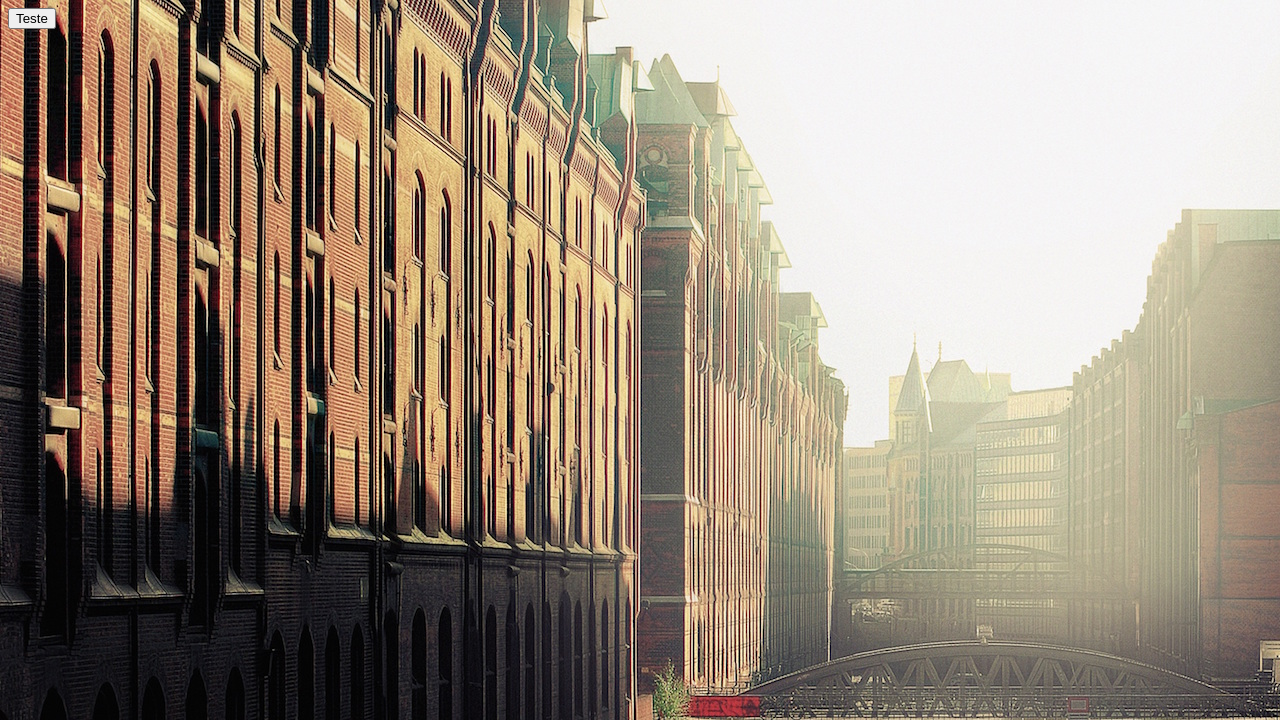
Repository: TrellixVulnTeam/fundamentos-webpack_A525
Page: /
The author's editor kept a copy of each file at every save. The page is drawn from the files as they stood at one save, then again after the next save.
The browser window is 1280 px wide. The pictures show the whole page.
The project was rebuilt for these pictures with package versions that can differ from the ones it lists, and the page was loaded fresh each time. Also part of the build but not shown: webpack.config.js. Imported but missing from the stored project, and not drawn on this page: src/assets/index.

Above is the page before, as saved 2022-03-21 14:21:04.

### public/index.html
<!DOCTYPE html>
<html lang="pt-br">
<head>
    <meta charset="UTF-8">
    <meta http-equiv="X-UA-Compatible" content="IE=edge">
    <meta name="viewport" content="width=device-width, initial-scale=1.0">
    <title>Capítulo Webpack</title>
    <link rel="stylesheet" href="estilo.css">
</head>
<body>
    <button class="botao">Teste</button>
    <script src="principal.js"></script>
</body>
</html>

### src/principal.js
import Pessoa from "./pessoa"
import "./modulos/moduloA"
import "./assets/css/estilo.css"
import "./assets/index"

const atendente = new Pessoa
console.log(atendente.cumprimentar())

### src/pessoa.js
export default class Pessoa{
    cumprimentar(){
        return "Bom dia"
    }
}

### src/modulos/moduloA.js
const moduleB = require("./moduloB")
console.log(moduleB.saudacao())

### src/assets/css/estilo.css
body{
    background-color: #444;
    background-image: url(../images/background.jpg);
}

### src/modulos/moduloB.js
module.exports = {
    saudacao(){
        return "Olá, eu sou o módulo B!"
    }
}

### public/estilo.css
body {
  background-color: red;
}

### public/principal.js
/******/ (function(modules) { // webpackBootstrap
/******/ 	// The module cache
/******/ 	var installedModules = {};
/******/
/******/ 	// The require function
/******/ 	function __webpack_require__(moduleId) {
/******/
/******/ 		// Check if module is in cache
/******/ 		if(installedModules[moduleId]) {
/******/ 			return installedModules[moduleId].exports;
/******/ 		}
/******/ 		// Create a new module (and put it into the cache)
/******/ 		var module = installedModules[moduleId] = {
/******/ 			i: moduleId,
/******/ 			l: false,
/******/ 			exports: {}
/******/ 		};
/******/
/******/ 		// Execute the module function
/******/ 		modules[moduleId].call(module.exports, module, module.exports, __webpack_require__);
/******/
/******/ 		// Flag the module as loaded
/******/ 		module.l = true;
/******/
/******/ 		// Return the exports of the module
/******/ 		return module.exports;
/******/ 	}
/******/
/******/
/******/ 	// expose the modules object (__webpack_modules__)
/******/ 	__webpack_require__.m = modules;
/******/
/******/ 	// expose the module cache
/******/ 	__webpack_require__.c = installedModules;
/******/
/******/ 	// define getter function for harmony exports
/******/ 	__webpack_require__.d = function(exports, name, getter) {
/******/ 		if(!__webpack_require__.o(exports, name)) {
/******/ 			Object.defineProperty(exports, name, {
/******/ 				configurable: false,
/******/ 				enumerable: true,
/******/ 				get: getter
/******/ 			});
/******/ 		}
/******/ 	};
/******/
/******/ 	// define __esModule on exports
/******/ 	__webpack_require__.r = function(exports) {
/******/ 		Object.defineProperty(exports, '__esModule', { value: true });
/******/ 	};
/******/
/******/ 	// getDefaultExport function for compatibility with non-harmony modules
/******/ 	__webpack_require__.n = function(module) {
/******/ 		var getter = module && module.__esModule ?
/******/ 			function getDefault() { return module['default']; } :
/******/ 			function getModuleExports() { return module; };
/******/ 		__webpack_require__.d(getter, 'a', getter);
/******/ 		return getter;
/******/ 	};
/******/
/******/ 	// Object.prototype.hasOwnProperty.call
/******/ 	__webpack_require__.o = function(object, property) { return Object.prototype.hasOwnProperty.call(object, property); };
/******/
/******/ 	// __webpack_public_path__
/******/ 	__webpack_require__.p = "";
/******/
/******/
/******/ 	// Load entry module and return exports
/******/ 	return __webpack_require__(__webpack_require__.s = "./src/principal.js");
/******/ })
/************************************************************************/
/******/ ({

/***/ "./src/assets/css/estilo.css":
/*!***********************************!*\
  !*** ./src/assets/css/estilo.css ***!
  \***********************************/
/*! no static exports found */
/***/ (function(module, exports, __webpack_require__) {

eval("// extracted by mini-css-extract-plugin\n\n//# sourceURL=webpack:///./src/assets/css/estilo.css?");

/***/ }),

/***/ "./src/assets/index.js":
/*!*****************************!*\
  !*** ./src/assets/index.js ***!
  \*****************************/
/*! no exports provided */
/***/ (function(module, __webpack_exports__, __webpack_require__) {

"use strict";
eval("__webpack_require__.r(__webpack_exports__);\n/* harmony import */ var _css_estilo_css__WEBPACK_IMPORTED_MODULE_0__ = __webpack_require__(/*! ./css/estilo.css */ \"./src/assets/css/estilo.css\");\n/* harmony import */ var _css_estilo_css__WEBPACK_IMPORTED_MODULE_0___default = /*#__PURE__*/__webpack_require__.n(_css_estilo_css__WEBPACK_IMPORTED_MODULE_0__);\n/* harmony import */ var _scss_index_scss__WEBPACK_IMPORTED_MODULE_1__ = __webpack_require__(/*! ./scss/index.scss */ \"./src/assets/scss/index.scss\");\n/* harmony import */ var _scss_index_scss__WEBPACK_IMPORTED_MODULE_1___default = /*#__PURE__*/__webpack_require__.n(_scss_index_scss__WEBPACK_IMPORTED_MODULE_1__);\n\n\n\n//# sourceURL=webpack:///./src/assets/index.js?");

/***/ }),

/***/ "./src/assets/scss/index.scss":
/*!************************************!*\
  !*** ./src/assets/scss/index.scss ***!
  \************************************/
/*! no static exports found */
/***/ (function(module, exports, __webpack_require__) {

eval("// extracted by mini-css-extract-plugin\n\n//# sourceURL=webpack:///./src/assets/scss/index.scss?");

/***/ }),

/***/ "./src/modulos/moduloA.js":
/*!********************************!*\
  !*** ./src/modulos/moduloA.js ***!
  \********************************/
/*! no static exports found */
/***/ (function(module, exports, __webpack_require__) {

eval("const moduleB = __webpack_require__(/*! ./moduloB */ \"./src/modulos/moduloB.js\")\nconsole.log(moduleB.saudacao())\n\n//# sourceURL=webpack:///./src/modulos/moduloA.js?");

/***/ }),

/***/ "./src/modulos/moduloB.js":
/*!********************************!*\
  !*** ./src/modulos/moduloB.js ***!
  \********************************/
/*! no static exports found */
/***/ (function(module, exports) {

eval("module.exports = {\n    saudacao(){\n        return \"Olá, eu sou o módulo B!\"\n    }\n}\n\n//# sourceURL=webpack:///./src/modulos/moduloB.js?");

/***/ }),

/***/ "./src/pessoa.js":
/*!***********************!*\
  !*** ./src/pessoa.js ***!
  \***********************/
/*! exports provided: default */
/***/ (function(module, __webpack_exports__, __webpack_require__) {

"use strict";
eval("__webpack_require__.r(__webpack_exports__);\n/* harmony export (binding) */ __webpack_require__.d(__webpack_exports__, \"default\", function() { return Pessoa; });\nclass Pessoa{\n    cumprimentar(){\n        return \"Bom dia\"\n    }\n}\n\n//# sourceURL=webpack:///./src/pessoa.js?");

/***/ }),

/***/ "./src/principal.js":
/*!**************************!*\
  !*** ./src/principal.js ***!
  \**************************/
/*! no exports provided */
/***/ (function(module, __webpack_exports__, __webpack_require__) {

"use strict";
eval("__webpack_require__.r(__webpack_exports__);\n/* harmony import */ var _pessoa__WEBPACK_IMPORTED_MODULE_0__ = __webpack_require__(/*! ./pessoa */ \"./src/pessoa.js\");\n/* harmony import */ var _modulos_moduloA__WEBPACK_IMPORTED_MODULE_1__ = __webpack_require__(/*! ./modulos/moduloA */ \"./src/modulos/moduloA.js\");\n/* harmony import */ var _modulos_moduloA__WEBPACK_IMPORTED_MODULE_1___default = /*#__PURE__*/__webpack_require__.n(_modulos_moduloA__WEBPACK_IMPORTED_MODULE_1__);\n/* harmony import */ var _assets_css_estilo_css__WEBPACK_IMPORTED_MODULE_2__ = __webpack_require__(/*! ./assets/css/estilo.css */ \"./src/assets/css/estilo.css\");\n/* harmony import */ var _assets_css_estilo_css__WEBPACK_IMPORTED_MODULE_2___default = /*#__PURE__*/__webpack_require__.n(_assets_css_estilo_css__WEBPACK_IMPORTED_MODULE_2__);\n/* harmony import */ var _assets_index__WEBPACK_IMPORTED_MODULE_3__ = __webpack_require__(/*! ./assets/index */ \"./src/assets/index.js\");\n\n\n\n\n\nconst atendente = new _pessoa__WEBPACK_IMPORTED_MODULE_0__[\"default\"]\nconsole.log(atendente.cumprimentar())\n\n//# sourceURL=webpack:///./src/principal.js?");

/***/ })

/******/ });

After the next save:
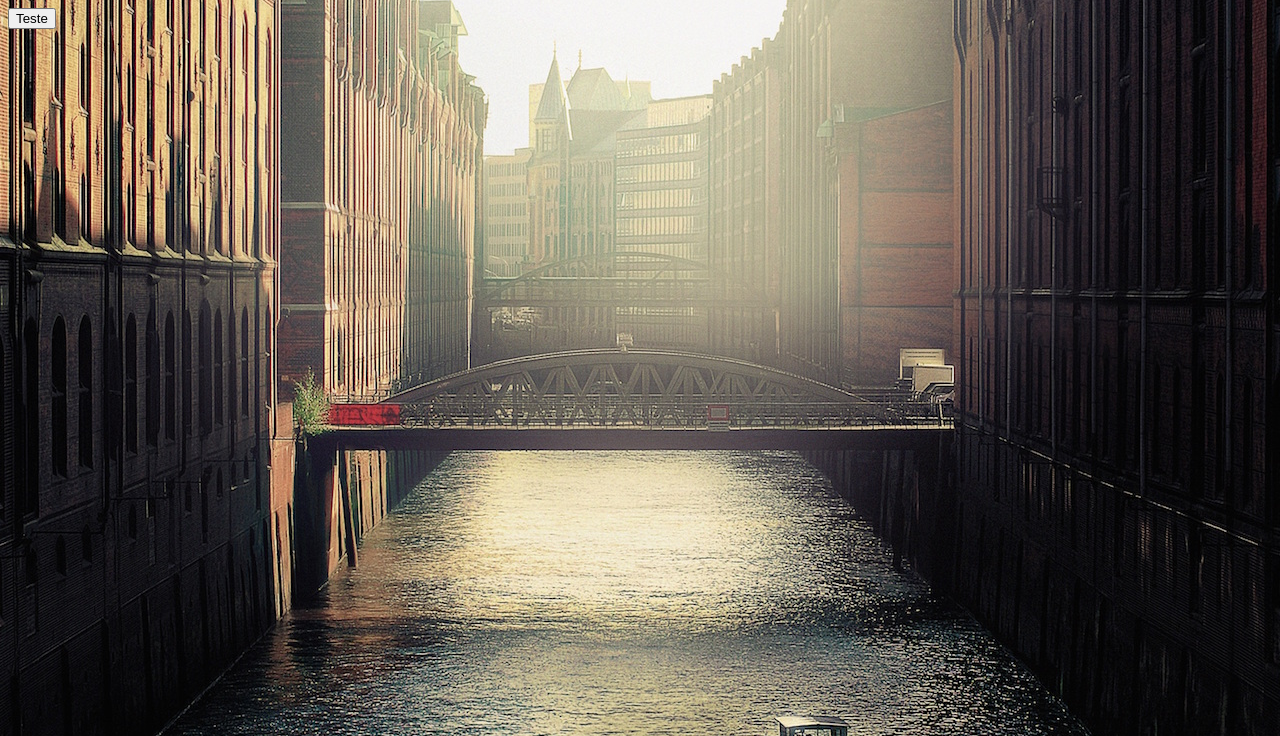
Saved 57 s later.
--- a/src/assets/css/estilo.css
+++ b/src/assets/css/estilo.css
@@ -1,4 +1,7 @@
 body{
     background-color: #444;
     background-image: url(../images/background.jpg);
+    background-repeat: no-repeat;
+    background-position: center;
+    height: 100vh;
 }
